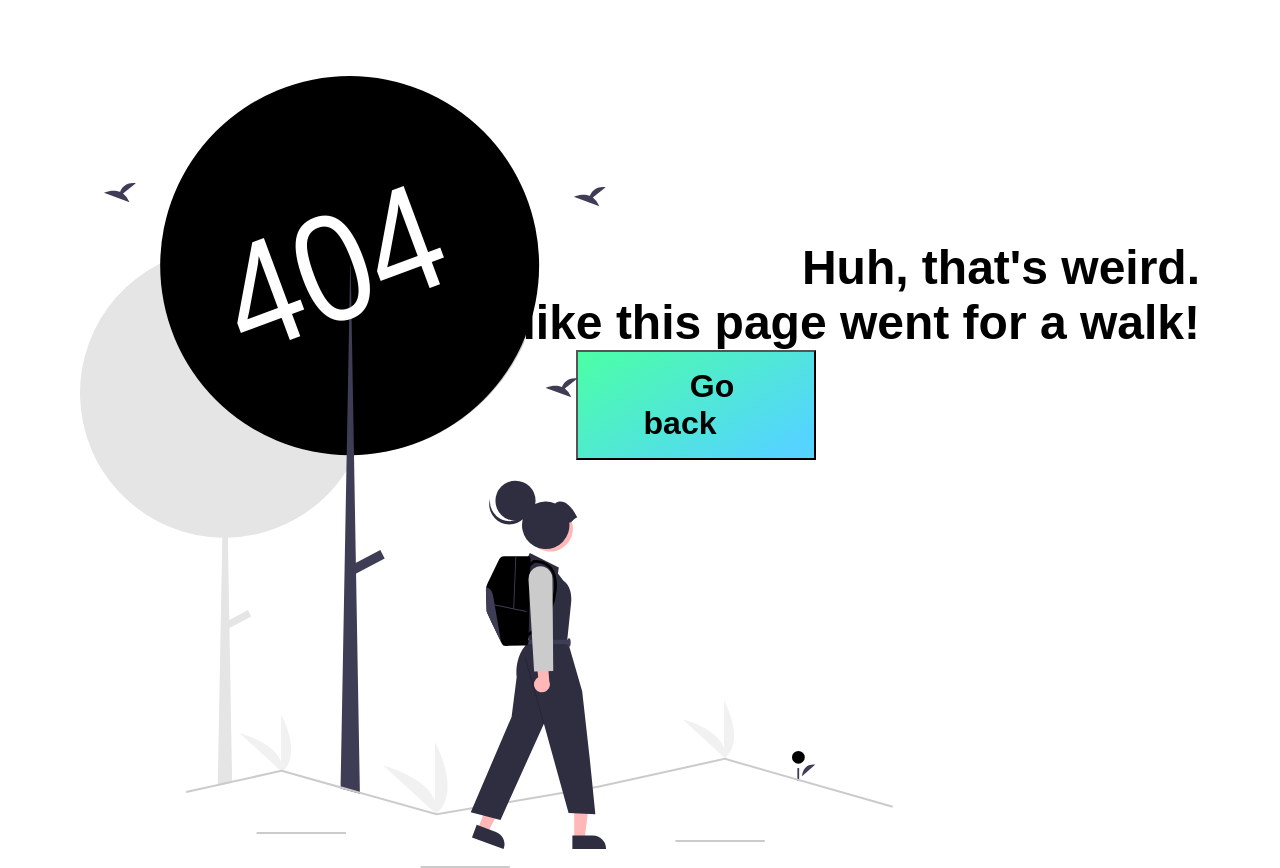
Repository: TeeJaysDev/Portfolio
Page: 404.html
The author's editor kept a copy of each file at every save. The page is drawn from the files as they stood at one save, then again after the next save.
The browser window is 1280 px wide. The pictures show the whole page.

Above is the page before, as saved 2021-06-11 23:26:06.

### 404.html
<!DOCTYPE html>
<html lang="en">
<head>
    <meta charset="UTF-8">
    <meta http-equiv="X-UA-Compatible" content="IE=edge">
    <meta name="viewport" content="width=device-width, initial-scale=1.0">
    <script type="text/javascript" src="script.js"></script>
    <link rel="stylesheet" href="404.css">
    <link rel="preconnect" href="https://fonts.gstatic.com">
    <link href="https://fonts.googleapis.com/css2?family=Raleway&display=swap" rel="stylesheet">
    <title>Tymon Jędryczka | Portfolio</title>
</head>
<body>
    <section class="error">
        <h1>
            Huh, that's weird. <br> Looks like this page went for a walk!
        </h1>
        <button>
            <a href="index.html">Go back</a>
        </button>
        <div class="mainError">
            <img src="Images/svg/hiking.svg">
        </div>
    </section>
</body>
</html>

### 404.css
* {
    margin: 0;
    padding: 0;
    box-sizing: border-box;
    font-family: sans-serif;
    text-decoration: none;
    list-style: none;
}

.error h1 {
    font-family: Arial, Helvetica, sans-serif;
    font-weight: 700;
    font-size: 3rem;
    margin-top: 15rem;
    margin-right: 5rem;
    text-align: right;
}

.error .mainError {
    display: flex;
    text-align: center;
    margin-left: 40rem;
    margin-right: auto;
}

.error img {
    margin-left: -35rem;
    margin-top: -37rem;
}

.error button a {
    text-decoration: none;
    text-align: center;
    font-size: 2rem;
    color: #000000;
    padding: 1rem 2rem 1rem 2rem;
}

.error button {
    padding: 1rem 2rem 1rem 2rem;
    width: 15rem;
    font-weight: bold;
    font-size: 1.2rem;
    text-align: center;
    margin-left: 45%;
    margin-bottom: 13rem;
    background-image: linear-gradient(147deg, #4bffa5, #54d4ff 90%);
    color: #000000;
    cursor: pointer;
}

Loaded but not shown: script.js (no stored copy; drawn as an empty file)

After the next save:
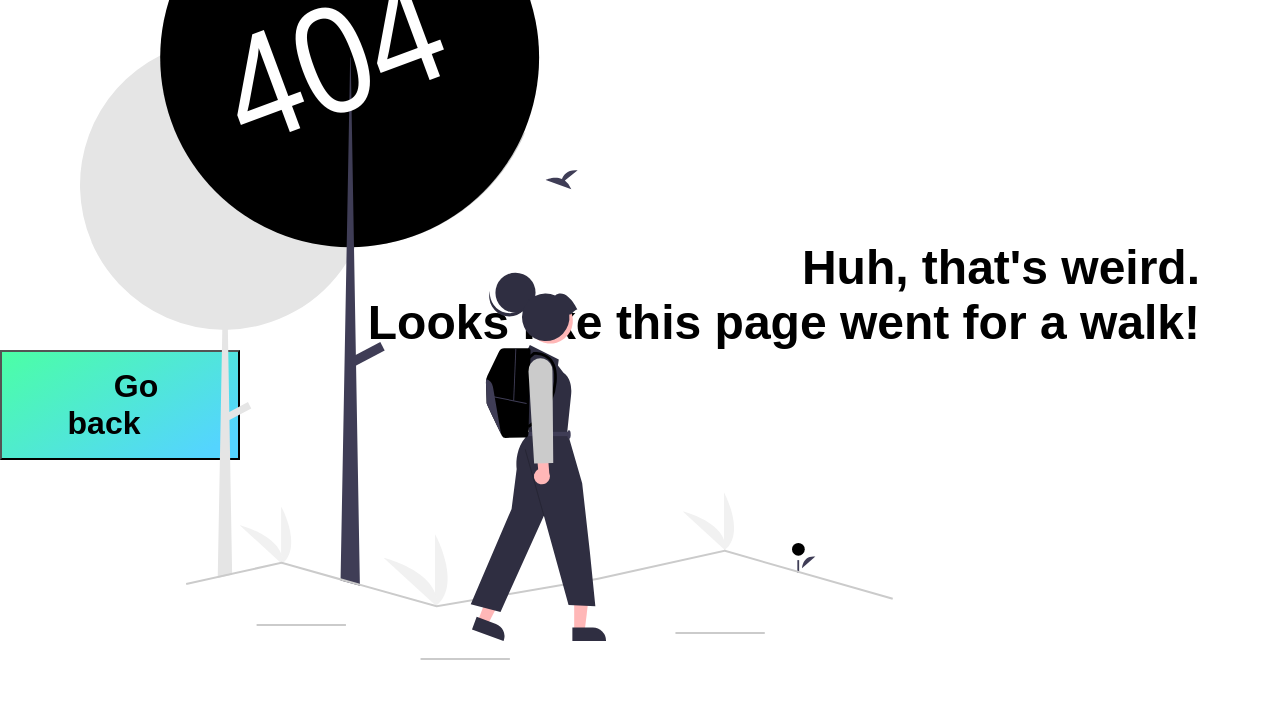
Saved 16 s later.
--- a/404.css
+++ b/404.css
@@ -42,8 +42,7 @@
     font-weight: bold;
     font-size: 1.2rem;
     text-align: center;
-    margin-left: 45%;
-    margin-bottom: 13rem;
+
     background-image: linear-gradient(147deg, #4bffa5, #54d4ff 90%);
     color: #000000;
     cursor: pointer;
